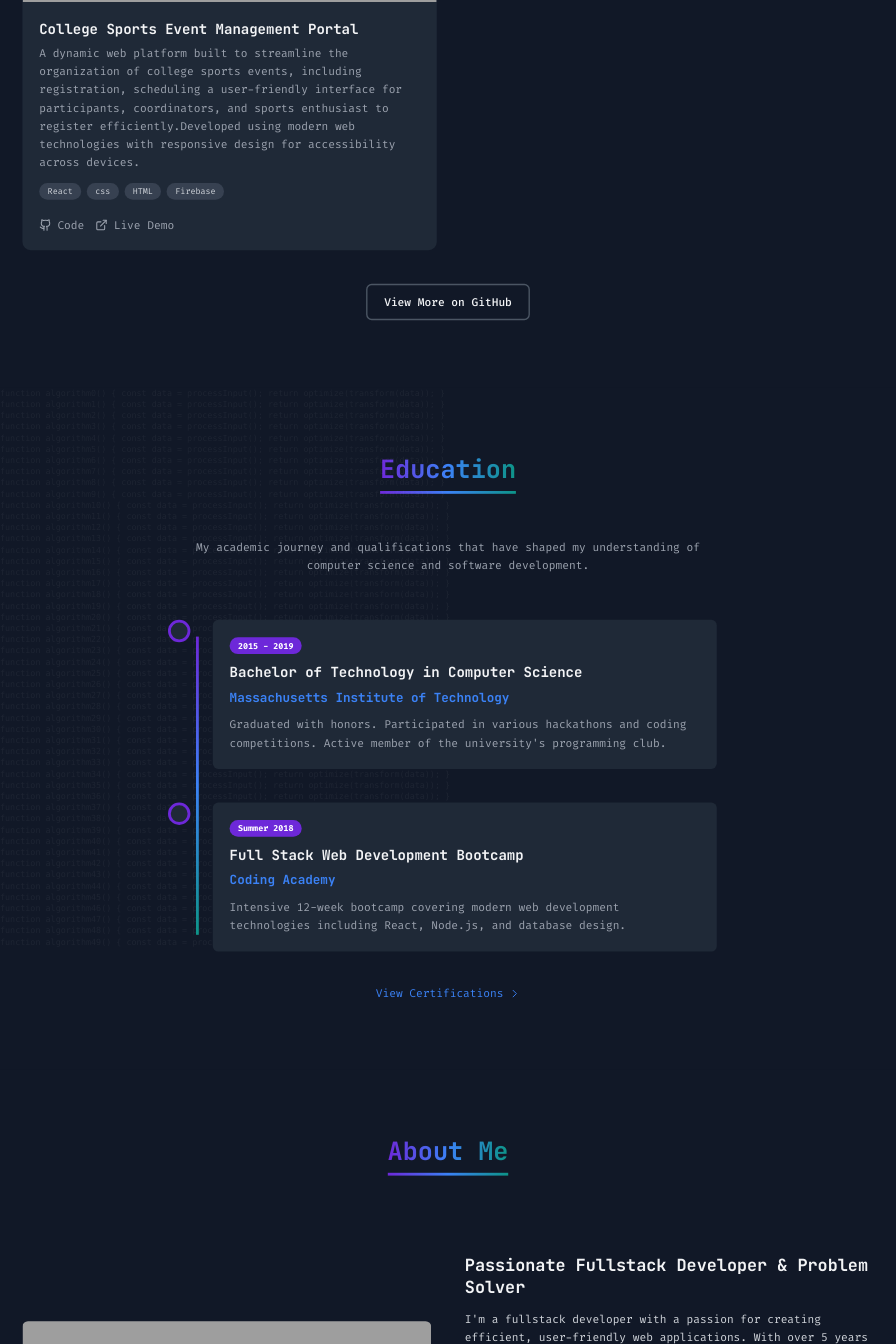
Repository: Saquib45/portfolio
Page: /
These files come from the project's save history. The page is drawn as it stood at one moment and after the next save; the edit follows.
The browser window is 1280 px wide. The pictures show the part of the page from y = 3509 to 5429 px (the page is 7425 px tall), at 70% of full size.
Pictures or frames that could not be fetched are drawn as grey boxes. The project was rebuilt for these pictures with package versions that can differ from the ones it lists, and the page was loaded fresh each time. Also part of the build but not shown: vite.config.ts.

Above is the page before, as saved 2025-04-24 14:15:48.

After the next save:
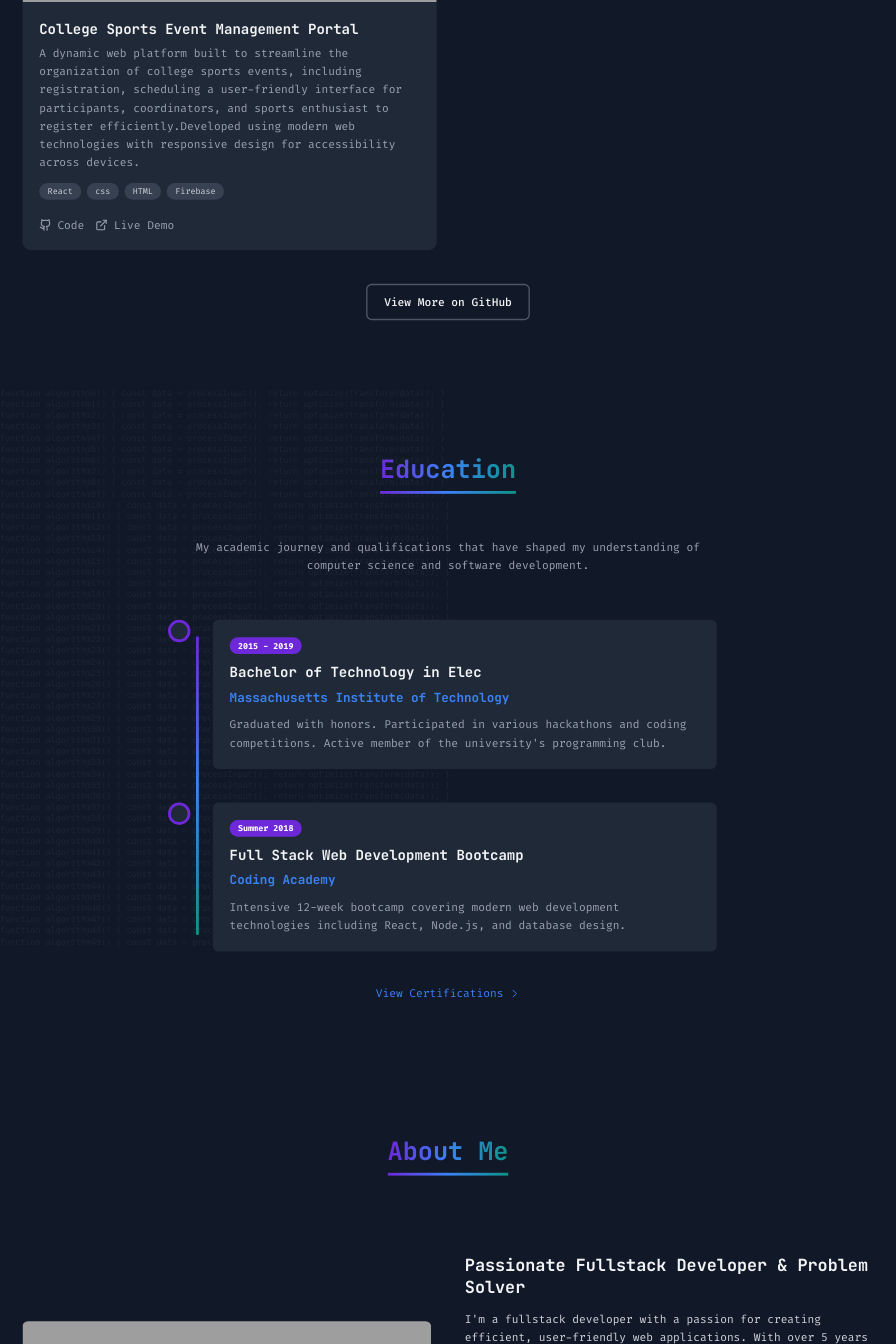
Saved 14 s later.
--- a/src/components/Education.tsx
+++ b/src/components/Education.tsx
@@ -42,7 +42,7 @@
     //   description: "Specialized in Artificial Intelligence and Machine Learning. Completed thesis on 'Neural Network Optimization Techniques for Real-time Applications'."
     // },
     {
-      degree: "Bachelor of Technology in Computer Science",
+      degree: "Bachelor of Technology in Elec",
       institution: "Massachusetts Institute of Technology",
       period: "2015 - 2019",
       description: "Graduated with honors. Participated in various hackathons and coding competitions. Active member of the university's programming club."
